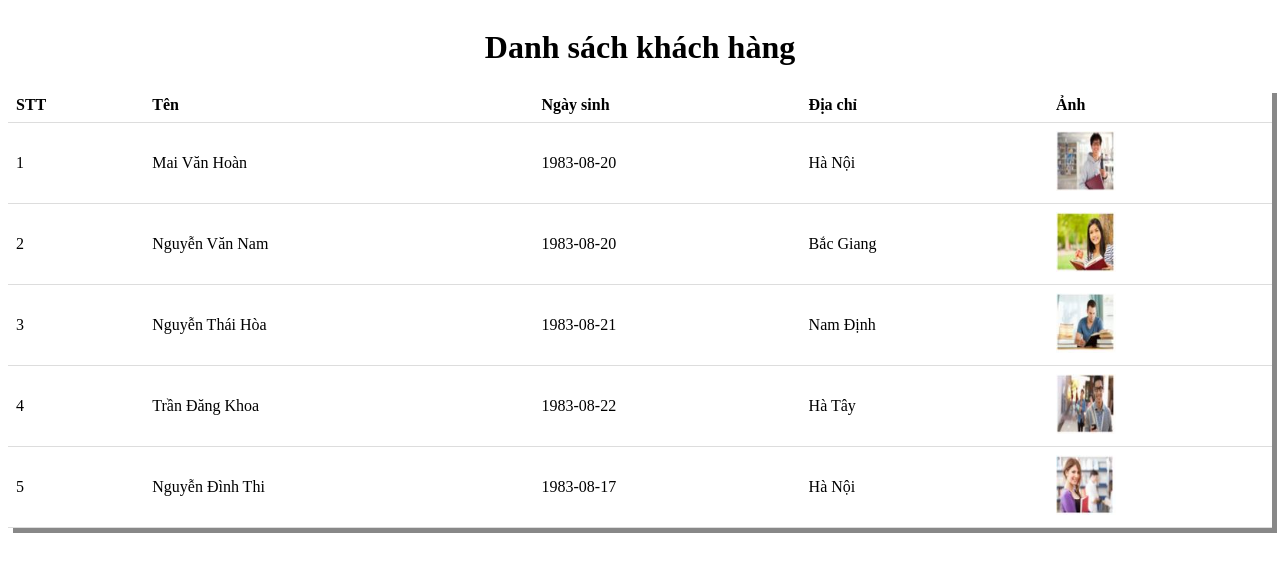
Repository: NGUYEN112/Module2
Page: http://localhost/
An editor plug-in stored every save of this project. The page is shown before and after the next save, followed by the edit.
The browser window is 1280 px wide. The pictures show the whole page.
The page is run by PHP 8.4 with error messages shown; the project is at /var/www/html/.

Above is the page before, as saved 2021-01-15 08:41:14.

### bai3-khachhang/index.php
<!DOCTYPE html>
<html lang="en">
<head>
    <meta charset="UTF-8">
    <meta name="viewport" content="width=device-width, initial-scale=1.0">
    <title>Document</title>
</head>
<style>
table {
    border-collapse: collapse;
    width: 100%;
    box-shadow: 5px 5px #888888
}
th, td {
    padding: 8px;
    text-align: left;
    border-bottom: 1px solid #ddd;
}
</style>
<body>
<table border="0">
  <caption><h1>Danh sách khách hàng</h1></caption>
  <tr>
    <th>STT</th>
    <th>Tên</th>
    <th>Ngày sinh</th>
    <th>Địa chỉ</th>
    <th>Ảnh</th>
  </tr>
  <?php
$customerlist = array(
    "1" => array("ten" => "Mai Văn Hoàn",
                 "ngaysinh" => "1983-08-20",
                 "diachi" => "Hà Nội",
                 "anh" => "images/img1.jpg"),
    "2" => array("ten" => "Nguyễn Văn Nam",
                 "ngaysinh" => "1983-08-20",
                 "diachi" => "Bắc Giang",
                 "anh" => "images/img2.jpg"),
    "3" => array("ten" => "Nguyễn Thái Hòa",
                 "ngaysinh" => "1983-08-21",
                 "diachi" => "Nam Định",
                 "anh" => "images/img3.jpg"),
    "4" => array("ten" => "Trần Đăng Khoa",
                  "ngaysinh" => "1983-08-22",
                  "diachi" => "Hà Tây",
                  "anh" => "images/img4.jpg"),
    "5" => array("ten" => "Nguyễn Đình Thi",
                  "ngaysinh" => "1983-08-17",
                  "diachi" => "Hà Nội",
                  "anh" => "images/img5.jpg")
   );

   foreach($customerlist as $key => $values){
    echo "<tr>";
    echo "<td>".$key."</td>";
    echo "<td>".$values['ten']."</td>";
    echo "<td>".$values['ngaysinh']."</td>";
    echo "<td>".$values['diachi']."</td>";
    echo "<td><image src ='".$values['anh']."' width = '60px' height ='60px'/></td>";
    echo "</tr>";
  }
?>
 </table>
</body>
</html>

After the next save:
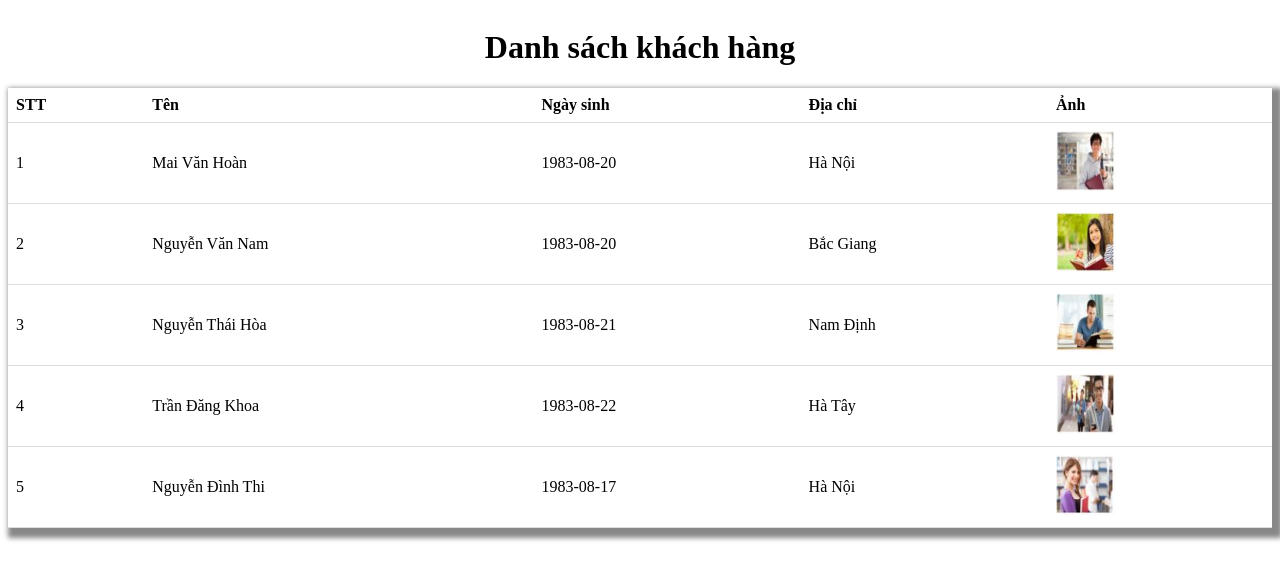
Saved 70 s later.
--- a/bai3-khachhang/index.php
+++ b/bai3-khachhang/index.php
@@ -9,7 +9,7 @@
 table {
     border-collapse: collapse;
     width: 100%;
-    box-shadow: 5px 5px #888888
+    box-shadow: 5px 5px 5px 5px #888888
 }
 th, td {
     padding: 8px;
